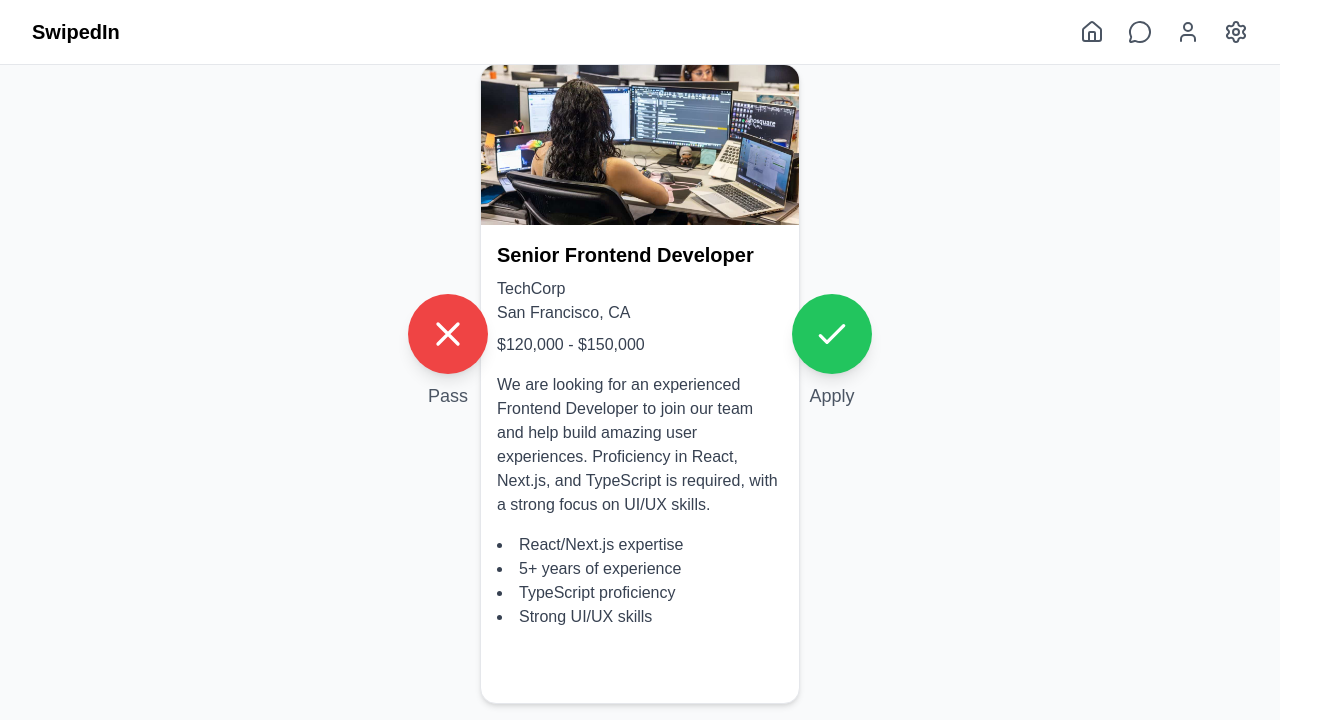
Repository: rupaut98/nyu-sf
Page: /feed/jobseeker
These files come from the project's save history. The page is drawn as it stood at one moment and after the next save; the edit follows.
The browser window is 1280 px wide. The page is 1280 px wide, then 1320 px, so the pictures cover 1320 px, including what lies to the right of the window. The pictures show the whole page.
The project was rebuilt for these pictures with package versions that can differ from the ones it lists, and the page was loaded fresh each time. The framework's server and built-in components were replaced by stand-ins that run in the browser. Also part of the build but not shown: next.config.ts.

Above is the page before, as saved 2025-02-09 02:42:44.

After the next save:
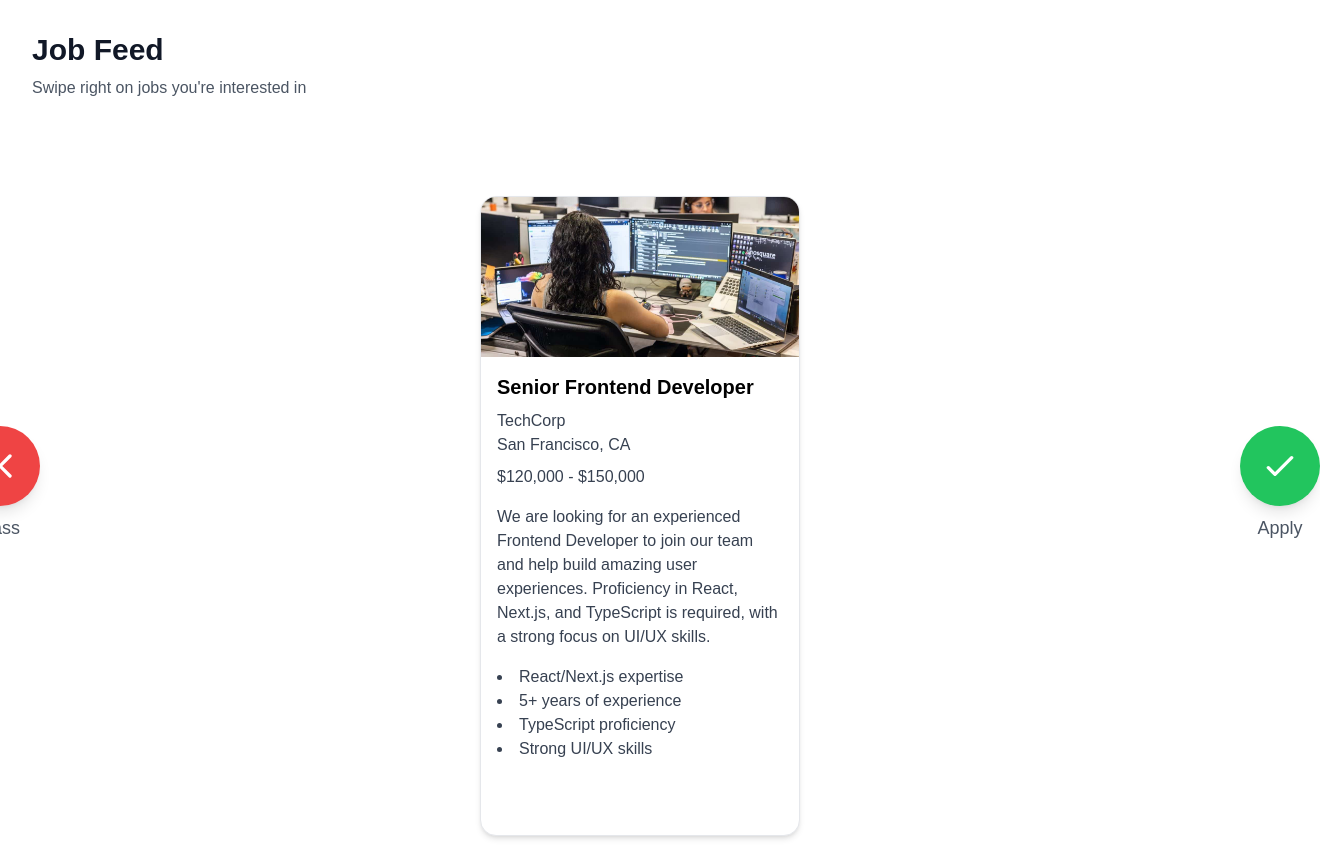
Saved 5 s later.
--- a/src/app/feed/jobseeker/page.tsx
+++ b/src/app/feed/jobseeker/page.tsx
@@ -22,8 +22,12 @@ export default function JobSeekerFeed() {
   };
 
   return (
-    <div className="min-h-screen bg-gray-50 flex flex-col items-center">
-      <FeedNavbar />
+    <div className="max-w-7xl mx-auto px-4 sm:px-6 lg:px-8 py-8">
+      <div className="mb-8">
+        <h1 className="text-3xl font-bold text-gray-900">Job Feed</h1>
+        <p className="mt-2 text-gray-600">Swipe right on jobs you're interested in</p>
+      </div>
+
       <div className="relative flex flex-col items-center justify-center pt-16">
         {/* Phone-Sized Screen Area */}
         <div className="relative bg-white border border-gray-200 rounded-2xl shadow-md w-80 h-[640px] overflow-hidden flex flex-col items-center">
